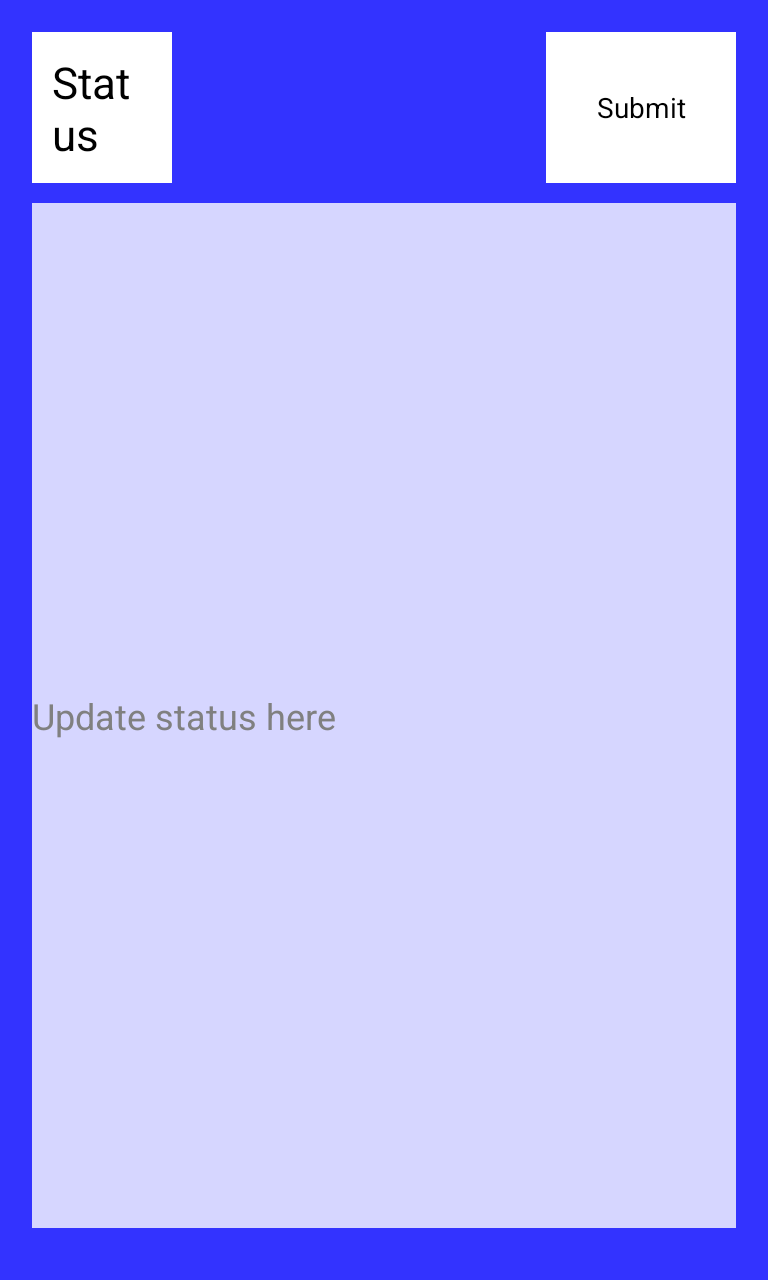
Repository: vamsiampolu/androidworkspace
Layout: YambaProject/res/layout/activity_main.xml
The author's editor kept a copy of each file at every save. The layout is drawn from the files as they stood at one save, then again after the next save.
It is drawn on a 768 x 1280 px phone screen (xhdpi) without system bars, with theme android:Theme.Light; the app's code is not run.

Above is the layout before, as saved 2013-05-09 09:26:12.

After the next save:
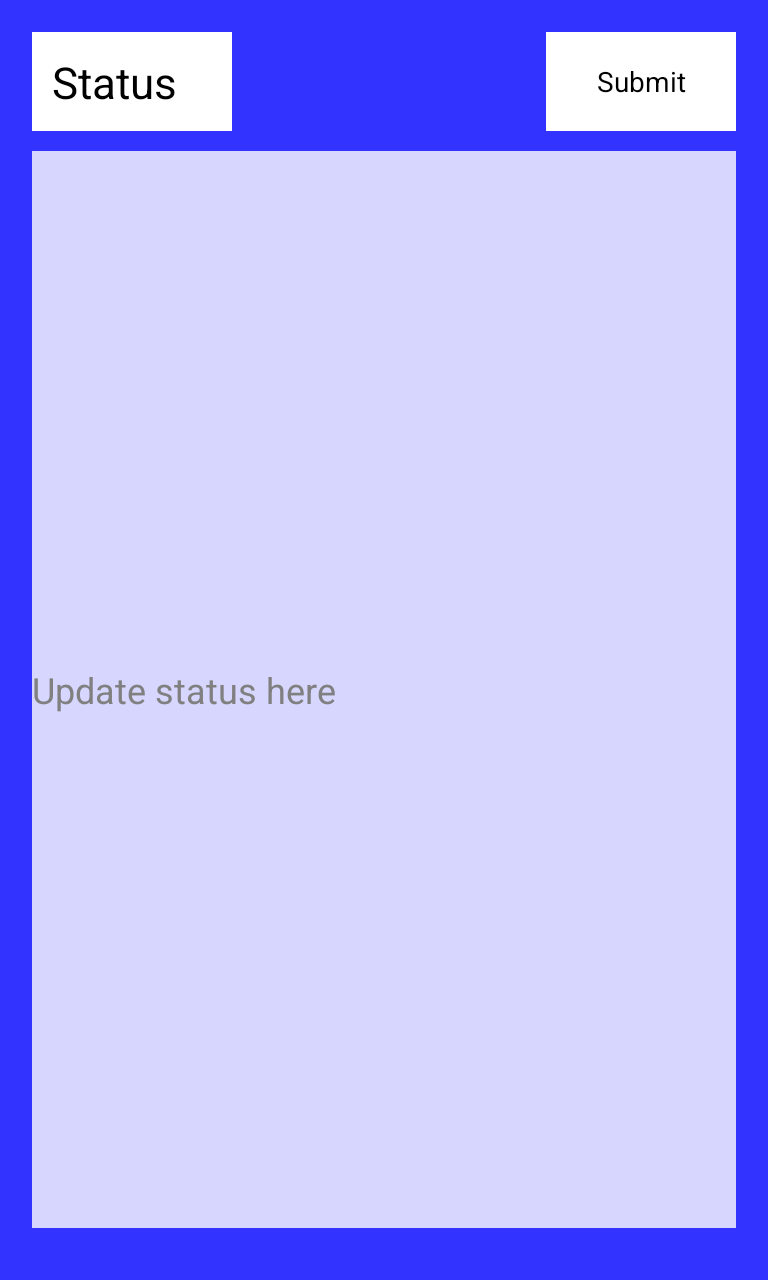
Saved 50 s later.
--- a/YambaProject/res/values/my_style.xml
+++ b/YambaProject/res/values/my_style.xml
@@ -2,7 +2,7 @@
 <resources xmlns:android="http://schemas.android.com/apk/res/android">
 
     <style name="txt_style">
-        <item name="android:layout_width">70</item>
+        <item name="android:layout_width">100</item>
         <item name="android:layout_height">wrap_content</item>
         <item name="android:background">#FFF</item>
         <item name="android:padding">10dp</item>
